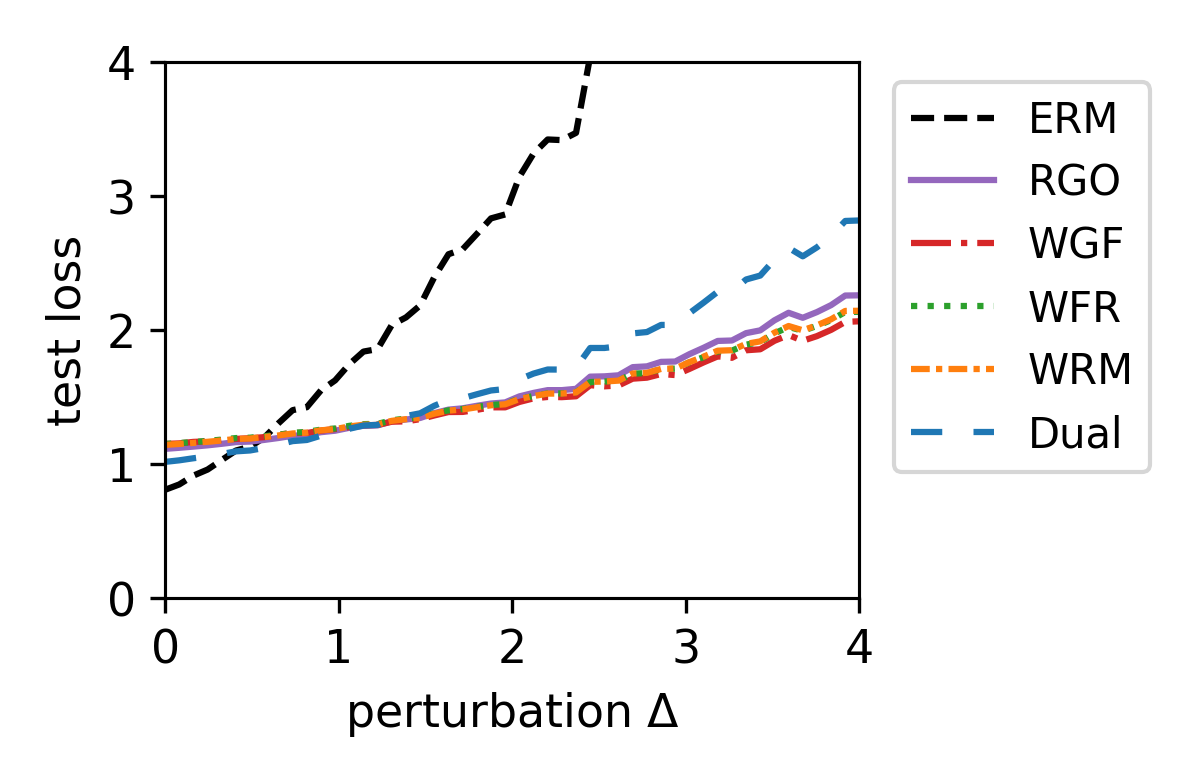
Repository: ZusenXu/GFS-DRO
Script's output: python uncertain_least_squares/uncertain_least_squares.py
The author's editor kept a copy of each file at every save. The script's output is drawn from the files as they stood at one save, then again after the next save.
Random numbers start from a fixed seed.

Above is the script's output before, as saved 2025-09-13 21:01:25.

### uncertain_least_squares/uncertain_least_squares.py
import numpy as np
import matplotlib.pyplot as plt
from scipy.optimize import minimize
from scipy.special import logsumexp

# --- 1. 实验设置与参数定义 ---
# 定义问题的维度
DIM_M = 10  # 矩阵 A 的行数
DIM_N = 10  # 矩阵 A 的列数 (theta 的维度)

# 定义训练/测试样本数量
N_TRAIN_SAMPLES = 10
N_TEST_SAMPLES = 1000

# 定义分布偏移的扰动范围
DELTA_MIN = 0.0
DELTA_MAX = 4.0
DELTA_STEPS = 50

# --- DRO 算法超参数 ---
N_EPOCHS = 50 # 外部优化的迭代轮数
LEARNING_RATE = 0.01 # 外部优化 theta 的学习率
LAMBDA_VAL = 1.0 # 正则化参数 lambda
EPSILON = 0.1 # 熵正则化参数 epsilon
GRAD_CLIP_THRESHOLD = 10.0 # 梯度裁剪阈值，防止梯度爆炸

# RGO (算法2) 特定参数
RGO_SMOOTHNESS_L = 0.5 # 假设的损失函数平滑度 L (需满足 LAMBDA_VAL > L/2)

# WGF (算法3), WFR (算法4), WRM 特定参数
K_INNER_STEPS = 10  # 内部循环迭代次数 K
INNER_STEP_SIZE = 0.01 # 内部循环步长 eta

# WFR (算法4) 特定参数
M_PARTICLES = 5 # WFR 使用的粒子(样本)数量
WFR_WEIGHT_STEP_SIZE = 0.08 # WFR 权重更新步长 tau

# Dual 方法特定参数
SINKHORN_SAMPLE_LEVEL = 4 # Dual 方法的蒙特卡洛采样级别

# --- 2. 生成固定的问题实例 ---
np.random.seed(42)
A0 = np.random.randn(DIM_M, DIM_N)
A1 = np.random.randn(DIM_M, DIM_N)
b = np.random.randn(DIM_M)

# --- 3. 数据生成函数 ---
def generate_training_data(n_samples):
    return np.random.uniform(-0.5, 0.5, n_samples)

def generate_test_data(n_samples, delta):
    lower_bound = -0.5 * (1 + delta)
    upper_bound = 0.5 * (1 + delta)
    return np.random.uniform(lower_bound, upper_bound, n_samples)

# --- 4. 核心函数定义 ---
def loss_function(theta, z):
    """ 计算单个样本 z 的损失 f_theta(z) """
    A_z = A0 + z * A1
    residual = A_z @ theta - b
    return np.sum(residual**2)/DIM_M

def loss_grad_theta(theta, z):
    """ 计算损失函数关于 theta 的梯度 nabla_theta f_theta(z) """
    A_z = A0 + z * A1
    residual = A_z @ theta - b
    return 2 * A_z.T @ residual

# --- 5. ERM (经验风险最小化) 实现 ---
def erm_objective_function(theta, xi_samples):
    """ 计算 ERM 的目标函数值（平均损失）"""
    total_loss = np.mean([loss_function(theta, xi) for xi in xi_samples])
    return total_loss

def solve_erm(xi_train_samples):
    """ 使用优化器求解 ERM 问题 """
    initial_theta = np.zeros(DIM_N)
    result = minimize(
        erm_objective_function, initial_theta, args=(xi_train_samples,), method='BFGS')
    if not result.success:
        print("警告: ERM 优化过程可能未收敛。")
    return result.x

# --- 6. RGO (算法2) 实现 ---
def solve_rgo(xi_train_samples):
    """ 使用 RGO 算法求解 Sinkhorn DRO """
    theta = np.zeros(DIM_N)

    def rgo_inner_objective(z, xi, current_theta):
        l = loss_function(current_theta, z)
        penalty = np.sum((z - xi)**2)
        return -l / (LAMBDA_VAL * EPSILON) + penalty / EPSILON

    for _ in range(N_EPOCHS):
        grad_accumulator = np.zeros_like(theta)
        for xi in xi_train_samples:
            res = minimize(rgo_inner_objective, xi, args=(xi, theta), method='BFGS')
            z_star = res.x
            accepted = False
            while not accepted:
                variance = (LAMBDA_VAL * EPSILON) / (2 * LAMBDA_VAL - RGO_SMOOTHNESS_L)
                if variance <= 0: variance = 1e-6
                z_candidate = np.random.normal(z_star, np.sqrt(variance))
                f_val_candidate = rgo_inner_objective(z_candidate, xi, theta)
                f_val_star = rgo_inner_objective(z_star, xi, theta)
                log_accept_prob = -f_val_candidate + f_val_star - ((np.sum((z_candidate - z_star)**2)) / (2*variance))
                if np.log(np.random.rand()) < log_accept_prob:
                    accepted_sample = z_candidate
                    accepted = True
            grad_accumulator += loss_grad_theta(theta, accepted_sample)

        avg_grad = grad_accumulator / len(xi_train_samples)
        grad_norm = np.linalg.norm(avg_grad)
        if grad_norm > GRAD_CLIP_THRESHOLD:
            avg_grad = avg_grad * GRAD_CLIP_THRESHOLD / grad_norm
        theta -= LEARNING_RATE * avg_grad

    return theta

# --- 7. Wasserstein Gradient Flow (WGF) 实现 (基于算法3) ---
def solve_wgf(xi_train_samples):
    """ 使用 Wasserstein Gradient Flow (WGF) 求解 Sinkhorn DRO """
    theta = np.zeros(DIM_N)

    def f_bar_grad_z(z, xi, current_theta):
        A1_theta = A1 @ current_theta
        A_z_theta = (A0 + z * A1) @ current_theta
        grad_f = 2 * A1_theta.T @ (A_z_theta - b)
        return grad_f - 2 * LAMBDA_VAL * (z - xi)

    for _ in range(N_EPOCHS):
        grad_accumulator = np.zeros_like(theta)
        for xi in xi_train_samples:
            z_k = xi
            for _ in range(K_INNER_STEPS):
                noise = np.random.normal(0, 1)
                grad = f_bar_grad_z(z_k, xi, theta)
                z_k += INNER_STEP_SIZE * grad + np.sqrt(2 * INNER_STEP_SIZE * LAMBDA_VAL * EPSILON) * noise
            grad_accumulator += loss_grad_theta(theta, z_k)

        avg_grad = grad_accumulator / len(xi_train_samples)
        grad_norm = np.linalg.norm(avg_grad)
        if grad_norm > GRAD_CLIP_THRESHOLD:
            avg_grad = avg_grad * GRAD_CLIP_THRESHOLD / grad_norm
        theta -= LEARNING_RATE * avg_grad

    return theta

# --- 8. WFR Flow (算法4) 实现 ---
def solve_wfr(xi_train_samples):
    """ 使用 WFR Flow 求解 Sinkhorn DRO """
    theta = np.zeros(DIM_N)

    def f_bar(z, xi, current_theta):
         return loss_function(current_theta, z) - LAMBDA_VAL * np.sum((z-xi)**2)

    def f_bar_grad_z(z, xi, current_theta):
        A1_theta = A1 @ current_theta
        A_z_theta = (A0 + z * A1) @ current_theta
        grad_f = 2 * A1_theta.T @ (A_z_theta - b)
        return grad_f - 2 * LAMBDA_VAL * (z - xi)

    for _ in range(N_EPOCHS):
        grad_accumulator = np.zeros_like(theta)
        for xi in xi_train_samples:
            particles = np.full(M_PARTICLES, xi)
            weights = np.full(M_PARTICLES, 1.0 / M_PARTICLES)

            for _ in range(K_INNER_STEPS):
                for i in range(M_PARTICLES):
                    noise = np.random.normal(0, 1)
                    grad = f_bar_grad_z(particles[i], xi, theta)
                    particles[i] += INNER_STEP_SIZE * grad + np.sqrt(2 * INNER_STEP_SIZE * LAMBDA_VAL * EPSILON) * noise
                    f_bar_val = f_bar(particles[i], xi, theta)
                    weights[i] = (weights[i]**(1 - LAMBDA_VAL * EPSILON * WFR_WEIGHT_STEP_SIZE)) * np.exp(WFR_WEIGHT_STEP_SIZE * f_bar_val)

                sum_weights = np.sum(weights)
                if sum_weights > 1e-8: weights /= sum_weights
                else: weights = np.full(M_PARTICLES, 1.0 / M_PARTICLES)

            weighted_grad = np.sum([w * loss_grad_theta(theta, z) for w, z in zip(weights, particles)], axis=0)
            grad_accumulator += weighted_grad

        avg_grad = grad_accumulator / len(xi_train_samples)
        grad_norm = np.linalg.norm(avg_grad)
        if grad_norm > GRAD_CLIP_THRESHOLD:
            avg_grad = avg_grad * GRAD_CLIP_THRESHOLD / grad_norm
        theta -= LEARNING_RATE * avg_grad

    return theta

# --- 9. WRM (Wasserstein Robust Method) 实现 ---
def solve_wrm(xi_train_samples):
    """ 使用 WRM (确定性内部优化) 求解 """
    theta = np.zeros(DIM_N)

    def f_bar_grad_z(z, xi, current_theta):
        A1_theta = A1 @ current_theta
        A_z_theta = (A0 + z * A1) @ current_theta
        grad_f = 2 * A1_theta.T @ (A_z_theta - b)
        return grad_f - 2 * LAMBDA_VAL * (z - xi)

    for _ in range(N_EPOCHS):
        grad_accumulator = np.zeros_like(theta)
        for xi in xi_train_samples:
            z_k = xi
            # 内部 K 步梯度上升 (无噪声)
            for _ in range(K_INNER_STEPS):
                grad = f_bar_grad_z(z_k, xi, theta)
                z_k += INNER_STEP_SIZE * grad

            grad_accumulator += loss_grad_theta(theta, z_k)

        avg_grad = grad_accumulator / len(xi_train_samples)
        grad_norm = np.linalg.norm(avg_grad)
        if grad_norm > GRAD_CLIP_THRESHOLD:
            avg_grad = avg_grad * GRAD_CLIP_THRESHOLD / grad_norm
        theta -= LEARNING_RATE * avg_grad

    return theta

# --- 10. Dual Method (对偶方法) 实现 ---
def solve_dual(xi_train_samples):
    """ 使用对偶方法求解 Sinkhorn DRO """
    theta = np.zeros(DIM_N)

    levels = np.arange(SINKHORN_SAMPLE_LEVEL + 1)
    numerators = 2.0**(-levels)
    denominator = 2.0 - 2.0**(-SINKHORN_SAMPLE_LEVEL)
    probabilities = numerators / denominator

    for _ in range(N_EPOCHS):
        grad_accumulator = np.zeros_like(theta)
        for xi in xi_train_samples:
            # 1. 多层蒙特卡洛采样
            sampled_level = np.random.choice(levels, p=probabilities)
            m = 2**sampled_level

            # 2. 从基础分布采样
            noise = np.random.randn(m) * np.sqrt(EPSILON)
            z_samples = xi + noise

            # 3. 计算梯度
            # v_j = f_theta(z_j) / (lambda*epsilon)
            v = np.array([loss_function(theta, z) for z in z_samples]) / (LAMBDA_VAL * EPSILON)

            # weights = softmax(v)
            weights = np.exp(v - np.max(v)) # 减去max增强稳定性
            weights /= np.sum(weights)

            # grad = sum(w_j * grad_theta f(z_j))
            grads_per_sample = np.array([loss_grad_theta(theta, z) for z in z_samples])
            weighted_grad = np.sum(weights[:, np.newaxis] * grads_per_sample, axis=0)
            grad_accumulator += weighted_grad

        avg_grad = grad_accumulator / len(xi_train_samples)
        grad_norm = np.linalg.norm(avg_grad)
        if grad_norm > GRAD_CLIP_THRESHOLD:
            avg_grad = avg_grad * GRAD_CLIP_THRESHOLD / grad_norm
        theta -= LEARNING_RATE * avg_grad

    return theta

# --- 11. 实验执行与评估 ---
def run_experiment():
    """ 执行完整的实验流程 """
    xi_train = generate_training_data(N_TRAIN_SAMPLES)

    print("正在求解 ERM 模型...")
    theta_erm = solve_erm(xi_train)
    print("正在求解 RGO 模型...")
    theta_rgo = solve_rgo(xi_train)
    print("正在求解 WGF 模型...")
    theta_wgf = solve_wgf(xi_train)
    print("正在求解 WFR 模型...")
    theta_wfr = solve_wfr(xi_train)
    print("正在求解 WRM 模型...")
    theta_wrm = solve_wrm(xi_train)
    print("正在求解 Dual 模型...")
    theta_dual = solve_dual(xi_train)
    print("所有模型求解完成。")

    delta_values = np.linspace(DELTA_MIN, DELTA_MAX, DELTA_STEPS)
    results = {'ERM': [], 'RGO': [], 'WGF': [], 'WFR': [], 'WRM': [], 'Dual': []}
    models = {
        'ERM': theta_erm, 'RGO': theta_rgo, 'WGF': theta_wgf,
        'WFR': theta_wfr, 'WRM': theta_wrm, 'Dual': theta_dual
    }

    print("正在评估所有模型...")
    for delta in delta_values:
        xi_test = generate_test_data(N_TEST_SAMPLES, delta)
        for name, theta in models.items():
            test_loss = erm_objective_function(theta, xi_test)
            results[name].append(test_loss)

    print("评估完成。")
    return delta_values, results

# --- 12. 结果可视化 ---
def plot_results(delta_values, results):
    """ 绘制所有模型损失随扰动 delta 变化的曲线 """
    fig, ax = plt.subplots(figsize=(4, 2.613), dpi=300)

    styles = {
        'ERM': {'color': 'k', 'linestyle': '--'},
        'RGO': {'color': '#9467bd', 'linestyle': '-'},
        'WGF': {'color': '#d62728', 'linestyle': '-.'},
        'WFR': {'color': '#2ca02c', 'linestyle': ':'},
        'WRM': {'color': '#ff7f0e', 'linestyle': (0, (3, 1, 1, 1))}, # orange, dashdotdot
        'Dual': {'color': '#1f77b4', 'linestyle': (0, (5, 5))} # blue, dashed
    }

    for name, losses in results.items():
        ax.plot(delta_values, losses, linewidth=1.5, label=name, **styles[name])

    #ax.set_title('(a) Uncertain least squares loss', fontsize=11)
    ax.set_xlabel('perturbation $\Delta$', fontsize=11)
    ax.set_ylabel('test loss', fontsize=11)
    ax.tick_params(axis='both', which='major', labelsize=11)
    for spine in ax.spines.values():
        spine.set_linewidth(0.75)
    ax.set_xlim(0, 4)
    ax.set_ylim(0, 4)
    ax.grid(False)
    ax.legend(fontsize=10)
    ax.legend(loc='upper left', bbox_to_anchor=(1.02, 1))
    plt.tight_layout()
    plt.savefig('uncertain_least_squares_results.png', dpi=300)
    plt.show()

# --- 主程序入口 ---
if __name__ == '__main__':
    with np.errstate(all='ignore'):
        delta_vals, all_results = run_experiment()
        plot_results(delta_vals, all_results)

After the next save:
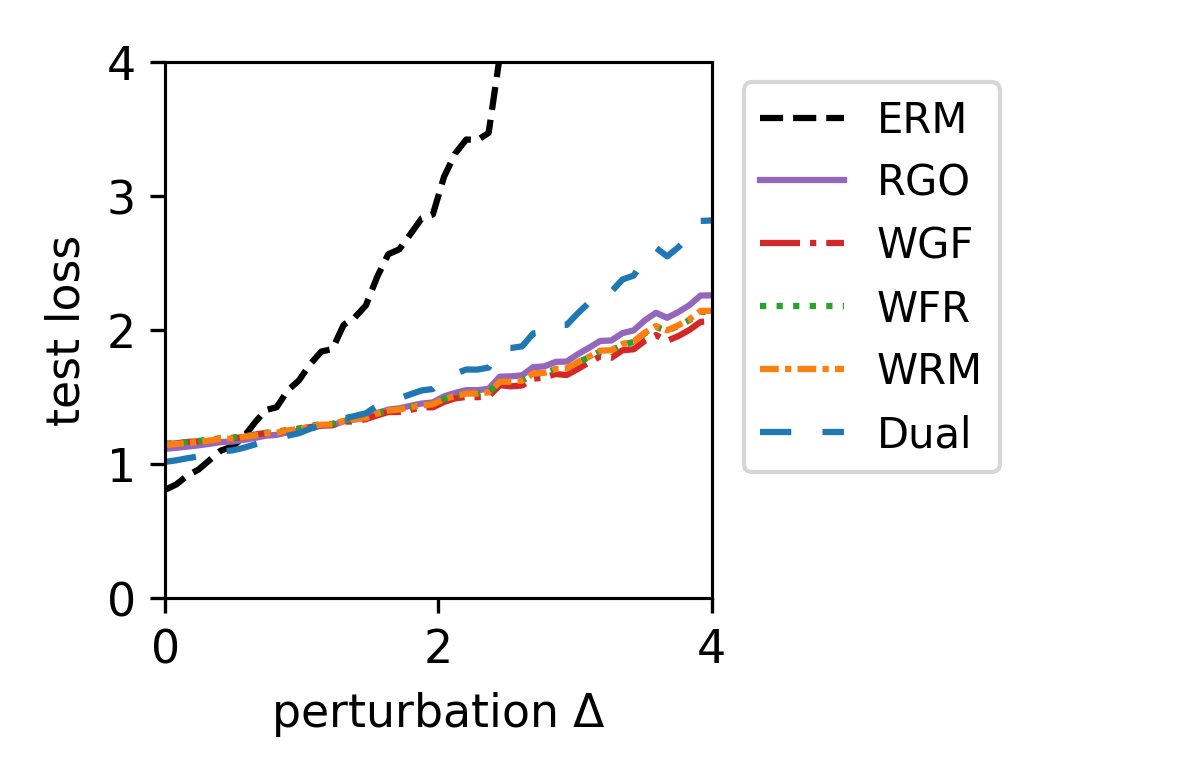
Saved 11 s later.
--- a/uncertain_least_squares/uncertain_least_squares.py
+++ b/uncertain_least_squares/uncertain_least_squares.py
@@ -300,7 +300,7 @@ def run_experiment():
 # --- 12. 结果可视化 ---
 def plot_results(delta_values, results):
     """ 绘制所有模型损失随扰动 delta 变化的曲线 """
-    fig, ax = plt.subplots(figsize=(4, 2.613), dpi=300)
+    fig, ax = plt.subplots(figsize=(3.5, 2.613), dpi=300)
 
     styles = {
         'ERM': {'color': 'k', 'linestyle': '--'},
